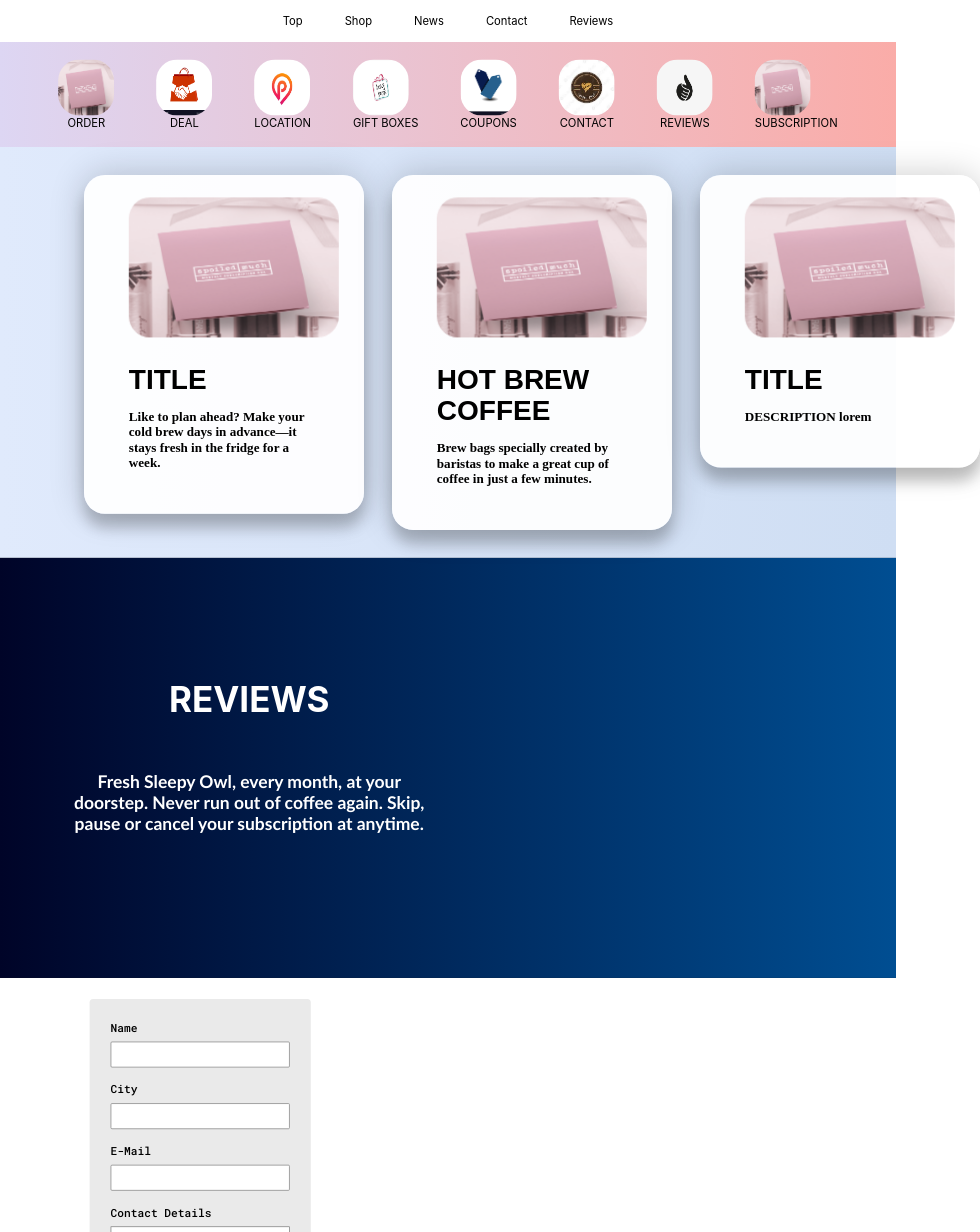
Repository: tusharpasricha/owlsomecoffee
Page: /
The author's editor kept a copy of each file at every save. The page is drawn from the files as they stood at one save, then again after the next save.
The browser window is 1280 px wide. The page is 1400 px wide, so the pictures cover 1400 px, including what lies to the right of the window. The pictures show the part of the page from y = 0 to 1760 px (the page is 2842 px tall before and 2863 px after), at 70% of full size.
Some web fonts or font styles are not loaded; a fallback is used. The project was rebuilt for these pictures with package versions that can differ from the ones it lists, and the page was loaded fresh each time. Also part of the build but not shown: src/components/coupons.css, src/components/coupons.js, src/components/order.css, src/components/order.js, src/components/giftboxes.css, src/components/giftboxes.js, src/components/location.css, src/components/location.js.

Above is the page before, as saved 2021-09-27 22:45:00.

### src/App.js

//import './App.css';
import Navbar from './components/navbar';
import Bar from './components/bar';
import Subs from './components/subscription';
import Review from './components/review';
import Coupons from './components/coupons';
import Order from './components/order';
import Giftboxes from './components/giftboxes';
import Location from './components/location';
import Deal from './components/deal';
import Beforefootor from './components/beforefootor';
import Footor from './components/footor';
import Blank from './components/blank';
import Contact from './components/contact'










function App() {
  return (
    <div className="App">
     <Navbar></Navbar>
     <Blank></Blank>
     <Bar></Bar>
     <Deal></Deal>
     <Review></Review>
     {/* <Order></Order>
     <Location></Location>

     <Giftboxes></Giftboxes>
     <Coupons></Coupons> */}
     <Contact></Contact>
     <Subs></Subs>
     <Beforefootor></Beforefootor>
    <Footor></Footor>
    </div>
  );
}

export default App;

### src/components/navbar.js
import React from 'react'
import './navbar.css'
import {animateScroll as scroll} from 'react-scroll';
const Navbar = () => {
    return (
      <header className="mobileNav">
    <div className="nav">
<ul className="options">
  <li onClick={(()=> scroll.scrollToTop())}>
  Top</li>
  <li><a href="default.asp">Shop</a></li>
  <li><a href="news.asp">News</a></li>
  <li><a href="contact.asp">Contact</a></li>
  <li><a href="about.asp">Reviews</a></li>
</ul>
    </div>
    </header>
    )
}

export default Navbar

### src/components/bar.js
import React from 'react';
import {Link} from 'react-scroll';
import './bar.css';
import order from './order.jpg';
import deal from './deal.jpg';
import location from './location.jpg';
import coupon from './coupon.jpg';
import gift from './gift.jpg';
import review from './review.jpg';
import subscription from './subscription.png';
import logo from './logo.jfif';

const Bar = () => {
    return (
        <div className="bar">
<ul>
  <li> <img src={subscription}></img> <Link to="order" smooth={true} duration={1000}>ORDER</Link></li>
  <li><img src={deal}></img> <Link to="deal" smooth={true} duration={1000}>DEAL</Link></li>
  <li><img src={location}></img> <Link to="location" smooth={true} duration={1000}>LOCATION</Link></li>
  <li><img src={gift}></img> <Link to="giftboxes" smooth={true} duration={1000}>GIFT BOXES</Link></li>
  <li><img src={coupon}></img> <Link to="coupons" smooth={true} duration={1000}>COUPONS</Link></li>
  <li><img src={logo}></img> <Link to="contact" smooth={true} duration={1000}>CONTACT</Link></li>
  <li><img src={review}></img> <Link to="reviews" smooth={true} duration={1000}>REVIEWS</Link></li>
  <li><img src={subscription}></img> <Link to="subs" smooth={true} duration={1000}>SUBSCRIPTION</Link></li>

</ul>
        </div>
    )
}

export default Bar

### src/components/subscription.js
import React from 'react'
import './subscription.css';

const Subs = () => {
    return (

        <div className="subs" id="subs">
        <section>
        <h1>Subscription</h1>
        <p>Fresh Sleepy Owl, every month, at your doorstep. Never run out of coffee again. Skip, pause or cancel your subscription at anytime.</p>
        </section>

        </div>

    )
}

export default Subs

### src/components/review.js
import React from 'react';
import './review.css';

const Review = () => {
    return (
        <div className="reviews" to="reviews">
        <section>
        <h1>REVIEWS</h1>
        <p>Fresh Sleepy Owl, every month, at your doorstep. Never run out of coffee again. Skip, pause or cancel your subscription at anytime.</p>
        </section>
        </div>
    )
}

export default Review

### src/components/deal.js
import React from "react";
import './deal.css';
import subscription from './subscription.png';

const Deal = () => {
    return (
        <>
        <div className="cardContainer">
            <div className="singleContainer">
                <div className="card" >
                    <div className="sneaker">
                        <img src={subscription} className="imga" alt="Socks" />
                    </div>
                    <div className="description">
                        <h2 className="title">TITLE</h2>
                        <h3 className="desc">Like to plan ahead? Make your cold brew days in advance—it stays fresh in the fridge for a week.</h3>
                    </div>
                </div>
            </div>
            <div className="singleContainer">
            <div className="card" >
                <div className="sneaker">
                    <img src={subscription} className="imga" alt="Socks" />
                </div>
                <div className="description">
                    <h2 className="title">HOT BREW COFFEE</h2>
                    <h3 className="desc">Brew bags specially created by baristas to make a great cup of coffee in just a few minutes.</h3>
                </div>
            </div>
        </div>
        <div className="singleContainer">
        <div className="card" >
            <div className="sneaker">
                <img src={subscription} className="imga" alt="Socks" />
            </div>
            <div className="description">
                <h2 className="title">TITLE</h2>
                <h3 className="desc">DESCRIPTION lorem</h3>
            </div>
        </div>
    </div>
    </div>
    </>
    );
}

export default Deal;

### src/components/beforefootor.js
import React from 'react'
import './beforefootor.css'

const Beforefootor = () => {

    return (
        <div className="beforefootor">
            <section className="info">
                <div className="infopart">
                <p className="tag">Social</p>
                <p className="value">YOUTUBE</p>
                <p className="value">INSTAGRAM</p>
                <p className="value">FACEBOOK</p>
                <p className="value">TWITTER</p>
                </div>
            </section>
            <section className="info">
            <div className="infopart">
                <p className="tag">Contact</p>
                <p className="value">+91 7906438792</p>
                <p className="value">owlsome@gmail.com</p>
                </div>
            </section>
            {/* <section className="info">
                <div className="infopart">
                <p className="tag">Twitter</p>
                <p className="value">Sirjohnson</p>
                </div>
                <div className="infopart">
                <p className="tag">INSTAGRAM</p>
                <p className="value">sirjohnson_socks</p>
                </div>
                <div className="infopart">
                <p className="tag">FACEBOOK</p>
                <p className="value">Sir Johnson Socks</p>
                </div>
            </section> */}


        </div>
    )
}

export default Beforefootor

### src/components/footor.js
import React from 'react'
import './footor.css'

const Footor = () => {
    return (
        <div className="footor">
                owlsome
        </div>
    )
}

export default Footor

### src/components/blank.js
import React from 'react';
import './blank.css';

const Blank = () => {
    return (
        <div className="blank" to="blank">

        </div>
    )
}

export default Blank

### src/components/contact.js
import React from "react";
// import emailjs from 'emailjs-com';
import './contact.css';
// function sendEmail(e){
//     e.preventDefault();
//     console.log('submited')
//     alert("Thank you for your response")

//     emailjs.sendForm('service_v5j0w57', 'template_jckj8km', e.target, 'user_RQy2NQAr1UeMOoaw4Cpgi')
//       .then((result) => {
//           console.log(result.text);
//       }, (error) => {
//           console.log(error.text);
//       });
//       e.target.reset()
// }
const Contact = () => {
    return (
        <>
            <section className="contact" to="contact">
                <form >
                    <label htmlFor="name">Name</label>
                    <input type="text" name="name"/>
                    <label htmlFor="City">City</label>
                    <input type="text" name="city"/>
                    <label htmlFor="email">E-Mail</label>
                    <input type="email" name="email"/>
                    <label>Contact Details</label>
                    <textarea  rows="7" cols="100"  name="message" ></textarea>
                    <button type="submit">Submit</button>
                </form>
            </section>

            </>
    );
    }
export default Contact;

### src/components/navbar.css


.nav{
    position: fixed;
    background-color: rgb(255, 255, 255);
    display: flex;
    justify-content: center;
    height: 60px;
    width: 100%;
    align-items: center;

}
ul{

     display: flex;
     list-style-type: none;
     justify-content: center;
     padding: 2px;
 }
 li{
     padding-right: 40px;
     padding-left: 40px;
 }
 a{
     text-decoration: none;
     color: black;
 }

### src/components/bar.css

.bar{
    background-color: rgba(209, 94, 94, 0.74);
    display: flex;
    justify-content: center;
    height: 150px;
    width: 100%;
    align-items: center;
    background-image: linear-gradient(to right,#ddd6f3,#faaca8);
}
ul{
     display: flex;
     list-style-type: none;
     justify-content: center;
     padding: 2px;
 }
 li{
     display: flex;
     flex-direction: column;
     padding-right: 30px;
     padding-left: 30px;
     text-align: center;

 }
 a{
     text-decoration: none;
     color: black;
 }
img{

    height: 80px;
    width: 80px;
    border-radius: 30px;
}

### src/components/subscription.css
.subs{
    display: flex;
    justify-content: center;
    background-color: rgb(252, 188, 200);
    height: 500px;
    background-image: linear-gradient(to right,#dae2f8,#d6a4a4);
}
section{

    flex-direction: column;
    padding: 100px;
    width: 40%;

}
h1{
    font-size: 50px;
    text-align: center;
    font-weight: bolder;
    padding: 30px;
}
p{
    font-family: 'Trebuchet MS', 'Lucida Sans Unicode', 'Lucida Grande', 'Lucida Sans', Arial, sans-serif;
    text-align: center;
    font-weight: bold;
    font-size: 25px;
}

### src/components/review.css
.reviews{
    background-image: linear-gradient(to right, #000428,#004e92);
    background-color:rgb(0, 0, 0);
    color: white;
    height: 600px;
}

### src/components/deal.css
.cardContainer {
    display: flex;
    flex-direction: row;
    background-image: linear-gradient(to right,#e0eafc,#cfdef3);
    margin: auto;
    /* perspective: 1000px; */
    padding: 20px 100px;

}

.singleContainer {
    margin-top: 40px;
    display: flex;
    flex-direction: column;

    /* align-items: center;
    justify-content: center; */
    margin: 20px;
    width: 400px;

}

.card {
    /* transform-style: preserve-3d; */
    background-color: rgba(255, 255, 255, 0.938);
    padding: 2rem 4rem;
    border-radius: 30px;
    box-shadow: 0 20px 20px rgba(0, 0, 0, 0.2), 0px 0px 50px rgba(0, 0, 0, 0.2);
}

.imga {
    width: 300px;
    height: 200px;
    z-index: 23;
    transition: all 0.75 ease-in-out;
}

.sneaker {
    margin-bottom: 30px;
    position: relative;
}

.description h2 {
    margin-bottom: 20px;
    font-size: 40px;
    font-family: 'Poppins', sans-serif;
    transition: all 0.75 ease-in-out;
}

.description h3 {
    margin-bottom: 30px;
    font-family: 'Hachi Maru Pop', cursive;
    transition: all 0.75 ease-in-out;
}

### src/components/beforefootor.css
/* @import url('https://fonts.googleapis.com/css2?family=Style+Script&display=swap'); */

.beforefootor{
    background-image: linear-gradient(to right, #000428,#004e92);

    display: flex;
}

.info{
    color: rgba(255, 255, 255, 0.849);
    width: 33.333%;
    text-align: center;
    padding: 10PX;

}

.tag{
    color:rgba(255, 255, 255, 0.918);
    font-family: 'Trebuchet MS', 'Lucida Sans Unicode', 'Lucida Grande', 'Lucida Sans', Arial, sans-serif;
}
.value{
 color: rgba(255, 255, 255, 0.87);
 font-family: 'Trebuchet MS', 'Lucida Sans Unicode', 'Lucida Grande', 'Lucida Sans', Arial, sans-serif;
 font-size: 15px;
}

### src/components/footor.css
@import url('https://fonts.googleapis.com/css2?family=Style+Script&display=swap');

.footor{
    padding: 5px;
    margin-top: 2px;
    text-align: center;
    color: white;
    background-color: black;
    font-Family: 'Style Script';
  font-size: 30px;
  }

### src/components/blank.css
.blank{
    background-color:rgb(207, 162, 162);
    height: 60px;
}

### src/components/contact.css
@import url('https://fonts.googleapis.com/css2?family=Roboto+Mono:wght@500&display=swap');

.contact{

    padding: 30px;
}
form {
    /* border: 2px solid coral; */
    width: 50%;
    margin: auto;
    display: flex;

    flex-direction: column;
    padding: 30px;
    background:  #eaeaea;
    border-radius: 5px;
    font-family: 'Roboto Mono', monospace;
    border-color: #d0d0d0;
    color: #000;
}

form label {
    margin-bottom: 10px;
}

form input {
    margin-bottom: 20px;
    padding: 10px 10px;
    border: 1px solid grey;
    border-radius: 2px;
    background: #fff;
    color: #000;
}

form textarea {
    margin-bottom: 30px;
    background: #fff;
}


form button {
    padding: 20px 10px;
    font-size: 20px;
    margin-bottom: 5px;
    background-color: #004e92;
    color: #fff;
    cursor: pointer;
    border-radius: 1rem;
}
form button:hover{
    color: black;
    background-color: white;
}

Loaded but not shown: public/index.html (common file); src/index.js (common file); src/index.css (common file)

After the next save:
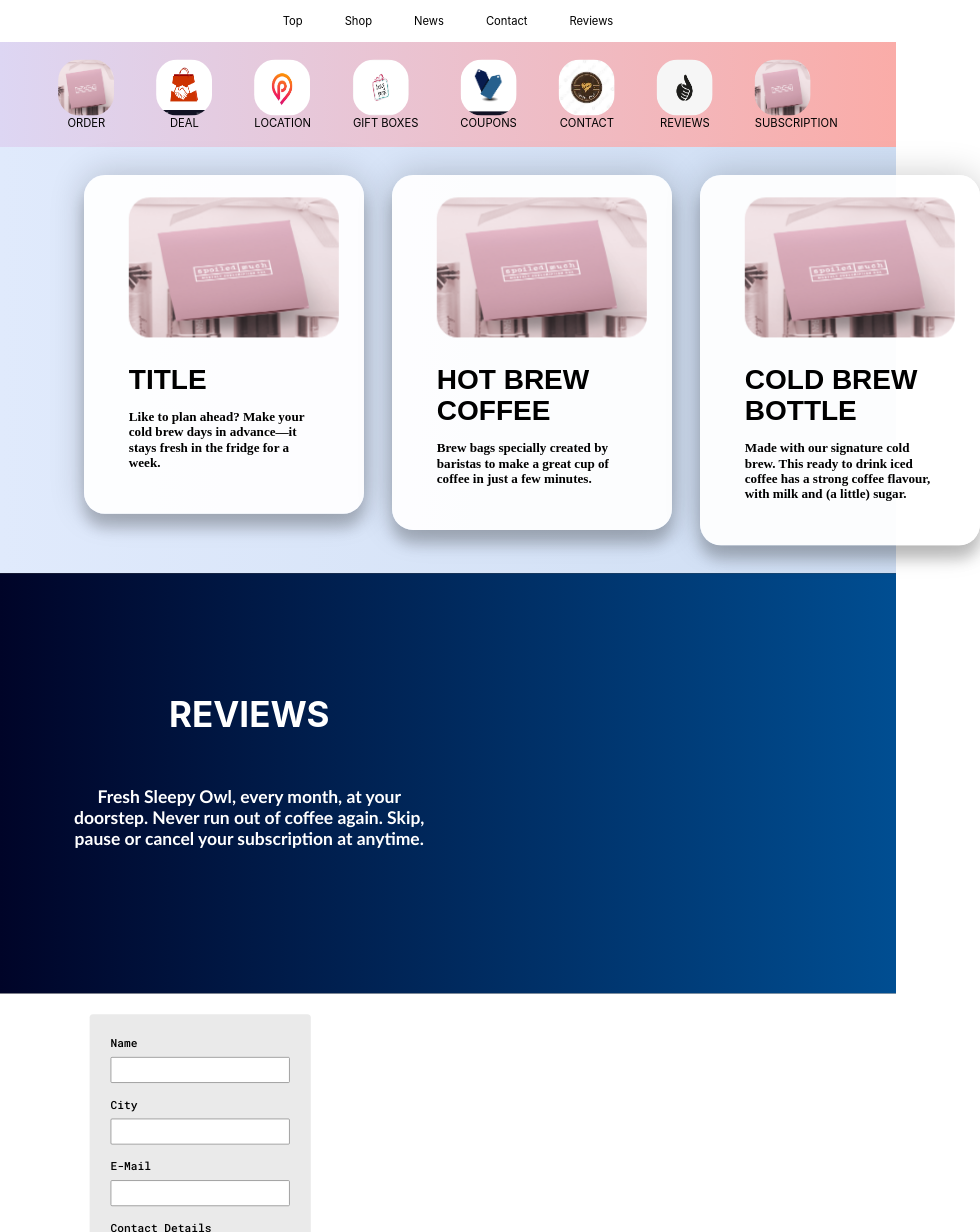
Saved 36 s later.
--- a/src/components/deal.js
+++ b/src/components/deal.js
@@ -34,8 +34,8 @@ const Deal = () => {
                 <img src={subscription} className="imga" alt="Socks" />
             </div>
             <div className="description">
-                <h2 className="title">TITLE</h2>
-                <h3 className="desc">DESCRIPTION lorem</h3>
+                <h2 className="title">COLD BREW BOTTLE</h2>
+                <h3 className="desc">Made with our signature cold brew. This ready to drink iced coffee has a strong coffee flavour, with milk and (a little) sugar.</h3>
             </div>
         </div>
     </div>
